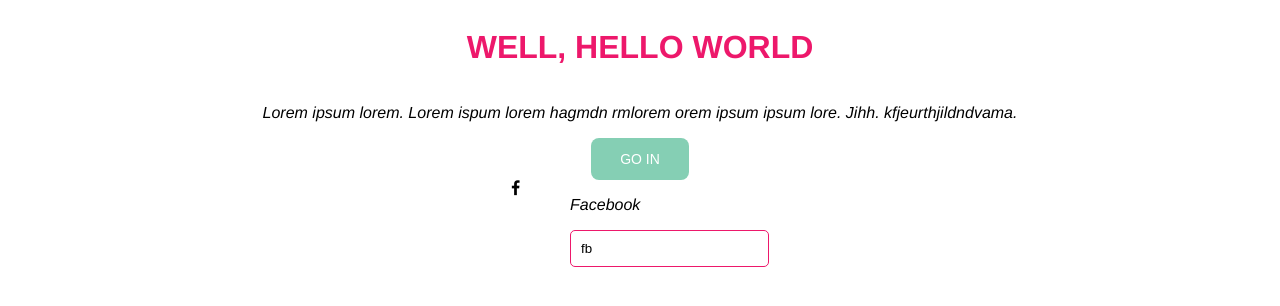
Repository: dianabit/react-app
Page: /, after clicking the first element matching `button.sc-bRKDuR`
The author's editor kept a copy of each file at every save. The page is drawn from the files as they stood at one save, then again after the next save.
The browser window is 1280 px wide. The pictures show the whole page.
Some web libraries are served in a nearby version. The project was rebuilt for these pictures with package versions that can differ from the ones it lists, and the page was loaded fresh each time. Also part of the build but not shown: webpack.config.js.

Above is the page before, as saved 2018-12-01 14:06:05.

### src/index.html
<!DOCTYPE html>
<html>
    <head>
        <meta charset="UTF-8">
        <meta name="viewport" content="width=device-width, initial-scale=1.0">
        <meta http-equiv="X-UA-Compatible" content="ie=edge">
        <link href="https://maxcdn.bootstrapcdn.com/font-awesome/4.2.0/css/font-awesome.min.css" rel="stylesheet" media="screen" />
        <title>Have a Book!</title>
    </head>
    <body>
        <div id="app"></div>
        <script src="./bundle.js"></script>
    </body>
</html>

### src/index.js
import React from 'react';
import ReactDOM from "react-dom";

import App from './containers/App/index';

ReactDOM.hydrate(<App />, document.getElementById('app'));

### src/containers/App/index.js
import React from 'react';
import Site from '../Site/index';


class App extends React.Component {
  render() {
    return <Site />;
  }
}

export default App;

### src/containers/Site/index.js
import React from 'react';
import styled from 'styled-components';
import Auth from '../Auth/index';

const MainContainer = styled.div`
    font-family: Helvetica;
`;

export class Site extends React.PureComponent {
    constructor(props) {
        super(props);
    }

  render() {

    return (
        <MainContainer>
            <Auth />
        </MainContainer>
        )
    }
}

export default Site;

### src/containers/Auth/index.js
import React from 'react';
import styled from 'styled-components';
import Button from '../../components/Button';
import Heading from '../../components/Heading';
import Paragraph from '../../components/Paragraph';
import FormInput from '../../components/Form/FormInput';

const Container = styled.div`
    display: flex;
    flex-direction: column;
    align-items: center;
    justify-content: center;
`;

class Auth extends React.Component {
    constructor(props) {
        super(props);

        this.state={
            isFormOpen: false
        }

        this.enterApp = this.enterApp.bind(this);
    }

    enterApp() {
        this.setState({isFormOpen: true});
    }

    render() {
    const { isFormOpen } = this.state;
    return(
        <Container>
            <Heading
                text="WELL, HELLO WORLD"
                fontStyle="bold"
                isLarge
            />
            <Paragraph
                text="Lorem ipsum lorem. Lorem ispum lorem hagmdn rmlorem orem ipsum ipsum lore. Jihh. kfjeurthjildndvama."
                fontStyle="italic"
            />
            <Button
                type="submit"
                onClick={this.enterApp}
                text="GO IN"
                />
                {isFormOpen && (
                    <FormInput />
                )}
        </Container>
    )
}
}

export default Auth;

### src/components/Button/index.js
import React from 'react';
import styled from 'styled-components';

const Element = styled.button`
    background-color: ${props => props.bgColor || '#85CFB4'};
    width: 7em;
    height: 3em;
    border: none;
    border-radius: 8px;
    color: #fff;
    font-size: 14px;
    font-style: bold;

    :focus {
        outline: none;
    }

    :hover {
        background-color: #a3e6cd;
        cursor: pointer;
    }
`

function Button(props) {
    const { type, onClick, text, bgColor } = props;
    return (
        <Element
            type={type}
            onClick={onClick}
            bgColor={bgColor}
        >
            {text}
        </Element>
    )
}

export default Button;

### src/components/Heading/index.js
import React from 'react';
import styled from 'styled-components';

const LargeHeading = styled.h1`
    color: ${props => props.color || '#ED186B'};
    font-style: ${props => props.fontStyle || 'normal'};
`
const RegularHeading = styled.h3`
    color: ${props => props.color || '#ED186B'};
    font-style: ${props => props.fontStyle || 'normal'};
`
const SmallHeading = styled.h5`
    color: ${props => props.color || '#FFB312'};
    font-style: ${props => props.fontStyle || 'normal'};
`

function Heading(props) {
    const { text, isLarge, isRegular, isSmall, color, fontStyle } = props;
    return (
        <div>
            {isLarge && (
                <LargeHeading
                    color={color}
                    fontStyle={fontStyle}
                >
                    {text}
                </LargeHeading>
            )}
            {isRegular && (
                <RegularHeading
                    color={color}
                    fontStyle={fontStyle}
                >
                    {text}
                </RegularHeading>
            )}
            {isSmall && (
                <SmallHeading
                color={color}
                fontStyle={fontStyle}
                >
                    {text}
                </SmallHeading>
            )}
        </div>
    )
}

export default Heading;

### src/components/Paragraph/index.js
import React from 'react';
import styled from 'styled-components';

const Element = styled.p`
    color: ${props => props.color || '#000'};
    font-style: ${props => props.fontStyle || 'normal'};
    font-size: ${props => props.isSmall ? '12px' : '16px'};
`

function Paragraph(props) {
    const { fontStyle, color, isSmall, text } = props;
    return (
        <Element
            fontStyle={fontStyle}
            color={color}
            isSmall={isSmall}
        >
            {text}
        </Element>
    )
}

export default Paragraph;

### src/components/Form/FormInput.js
import React from 'react';
import styled from 'styled-components';
import Paragraph from '../Paragraph';

const FieldWrapper = styled.div`
  position: relative;
  display: flex;
`;

const Icon = styled.i`
  position: absolute;
  top: 4px;
  font-size: 30px;
  color: grey;
`;

const Field = styled.div`
  display: flex;
  flex-direction: column;
  margin-left: 50px;
`;

const Input = styled.input`
  border: 1px solid #ed186b;
  padding: 10px;
  border-radius: 5px;
`;

function FormInput(props) {
    const {onChange, onBlur} = props;
  return (
    <FieldWrapper>
      <i class="fa fa-facebook"/>
      <Field className="mb-4">
        <Paragraph fontStyle="italic" text="Facebook"/>
        <Input
          name="facebook"
          value="fb"
          onChange={onChange}
          onBlur={onBlur}
        />
      </Field>
    </FieldWrapper>
  );
}

export default FormInput;

After the next save:
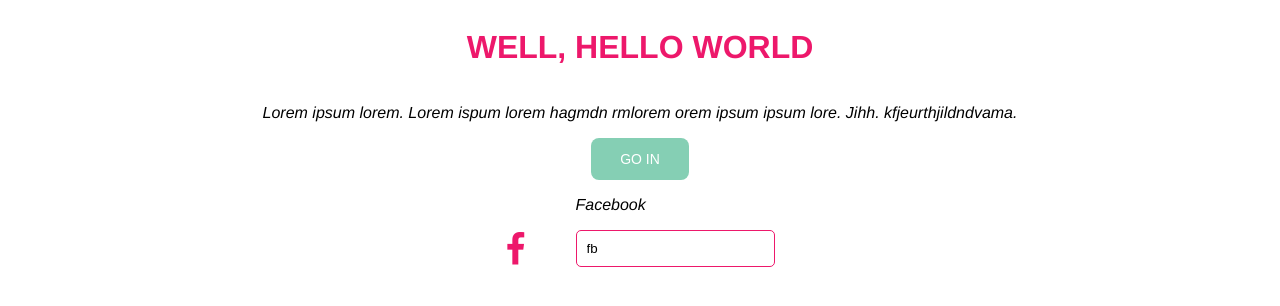
Saved 2 min 1 s later.
--- a/src/components/Form/FormInput.js
+++ b/src/components/Form/FormInput.js
@@ -5,6 +5,10 @@ import Paragraph from '../Paragraph';
 const FieldWrapper = styled.div`
   position: relative;
   display: flex;
+  display: flex;
+  align-items: flex-end;
+  font-size: 35px;
+  color: #ed186b;
 `;
 
 const Icon = styled.i`
